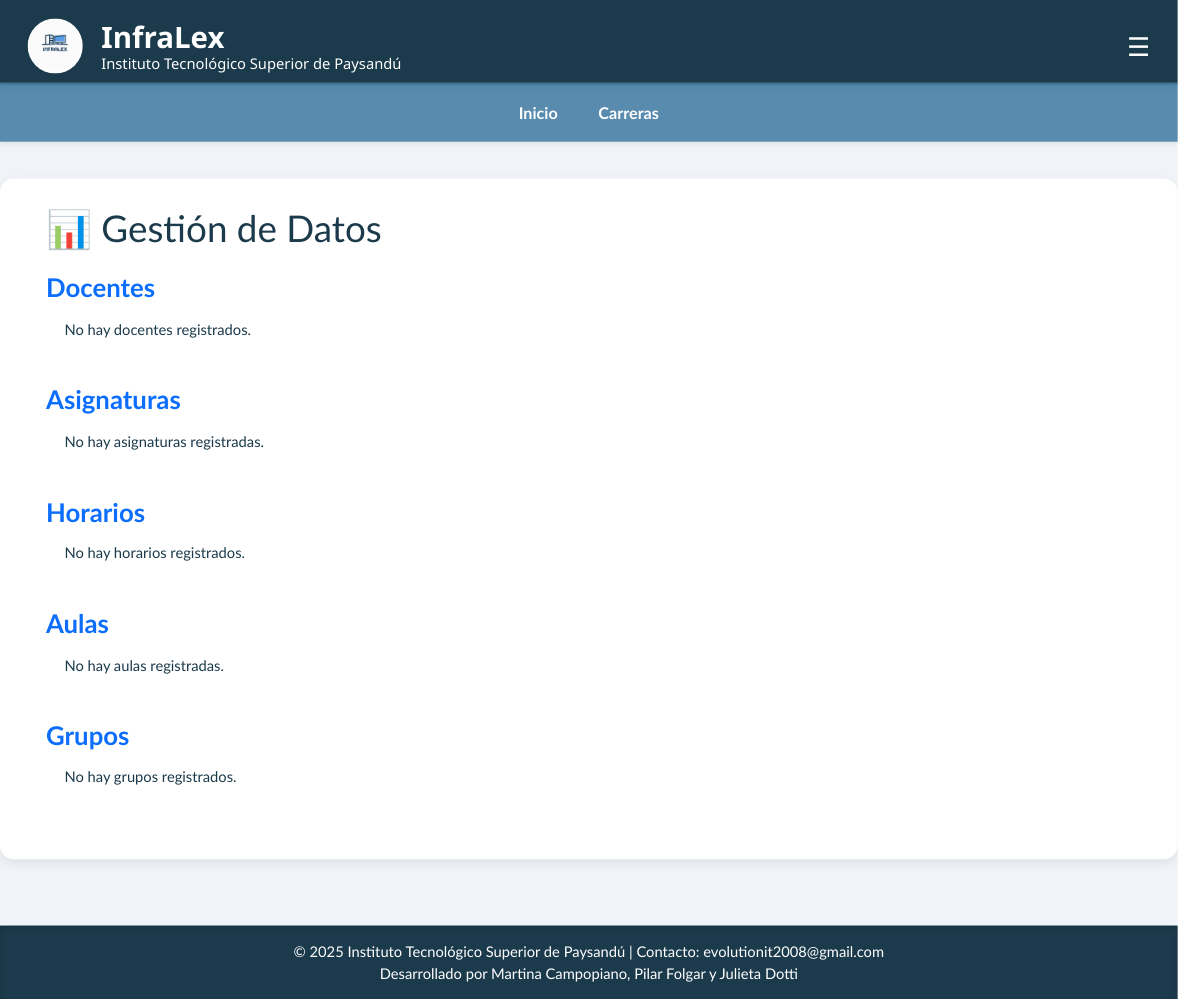
Repository: pilarfolgar/PROYECTO-2025
Page: http://localhost/PROYECTO-2025/indexadministrativoDatos.php
The author's editor kept a copy of each file at every save. The page is drawn from the files as they stood at one save, then again after the next save.
The browser window is 1280 px wide. The pictures show the whole page, at 92% of full size.
The page is run by PHP 8.4 with error messages shown; the project is at /var/www/html/. Queries for data that is not in the repository find no rows.

Above is the page before, as saved 2025-10-17 12:34:32.

After the next save:
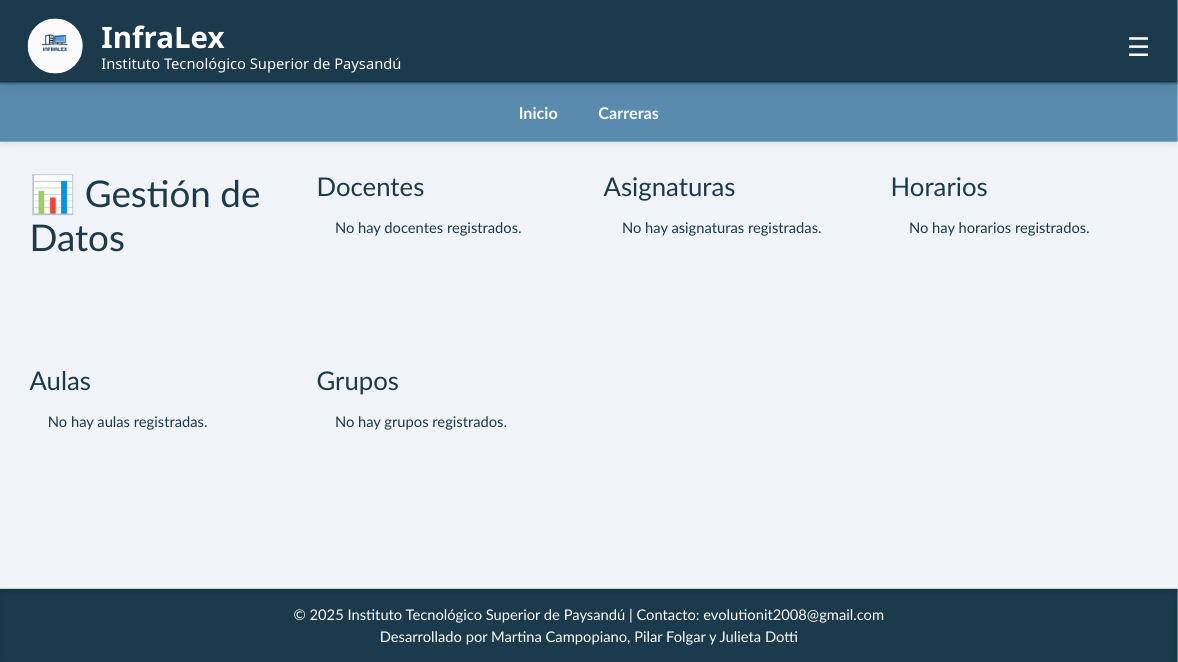
Saved 14 s later.
--- a/indexadministrativoDatos.php
+++ b/indexadministrativoDatos.php
@@ -12,8 +12,6 @@
   <title>Panel Administrativo - Gestión de Datos</title>
   <link rel="stylesheet" href="https://cdn.jsdelivr.net/npm/bootstrap@5.3.7/dist/css/bootstrap.min.css">
   <link rel="stylesheet" href="style.css">
-    <link rel="stylesheet" href="styleindexadministrativo.css">
-
   <script src="https://cdn.jsdelivr.net/npm/bootstrap@5.3.7/dist/js/bootstrap.bundle.min.js"></script>
   <script src="https://cdn.jsdelivr.net/npm/sweetalert2@11"></script>
 </head>

After the save that followed:
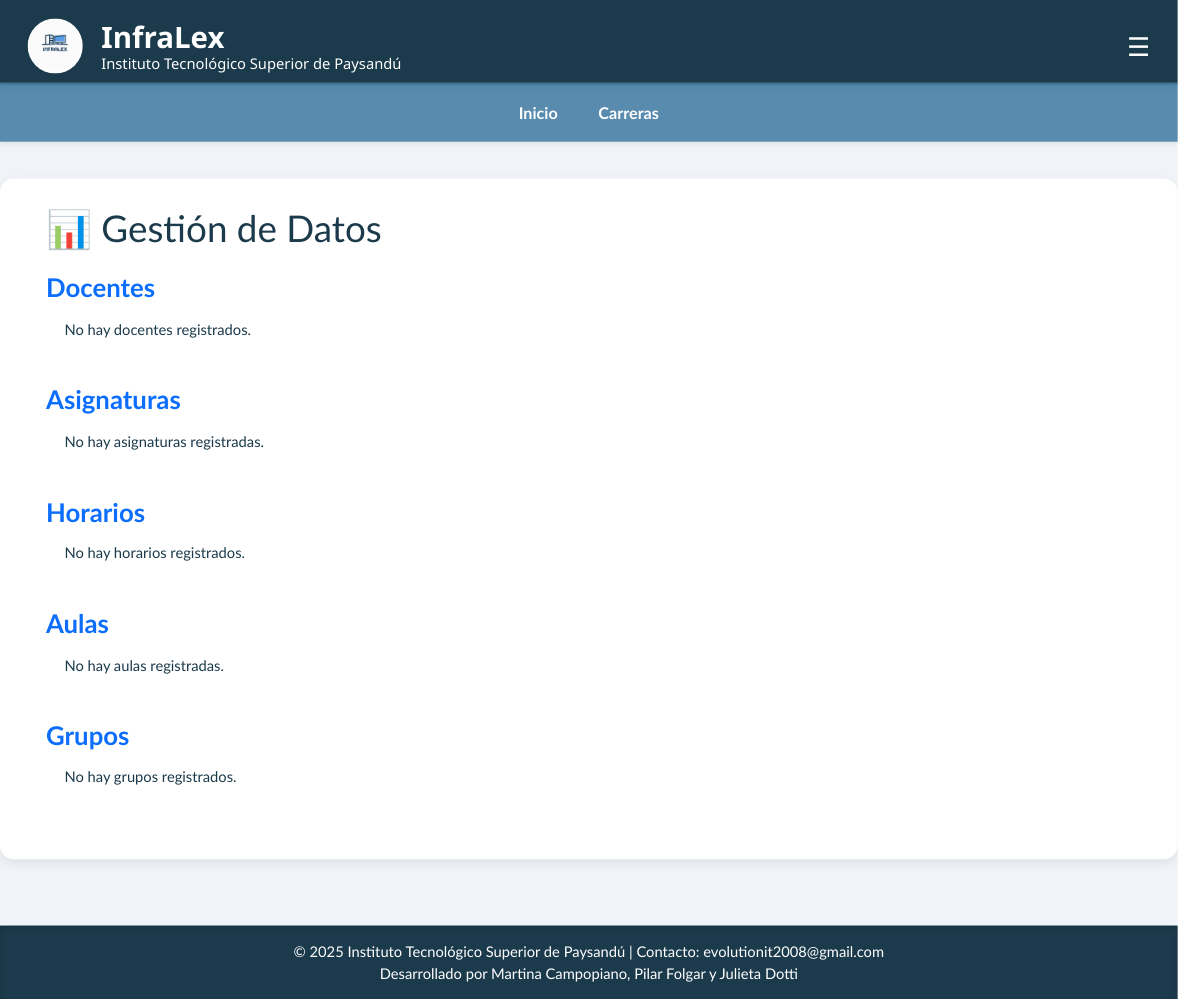
Saved 22 s later.
--- a/indexadministrativoDatos.php
+++ b/indexadministrativoDatos.php
@@ -12,6 +12,8 @@
   <title>Panel Administrativo - Gestión de Datos</title>
   <link rel="stylesheet" href="https://cdn.jsdelivr.net/npm/bootstrap@5.3.7/dist/css/bootstrap.min.css">
   <link rel="stylesheet" href="style.css">
+      <link rel="stylesheet" href="styleindexadministrativo.css">
+
   <script src="https://cdn.jsdelivr.net/npm/bootstrap@5.3.7/dist/js/bootstrap.bundle.min.js"></script>
   <script src="https://cdn.jsdelivr.net/npm/sweetalert2@11"></script>
 </head>
